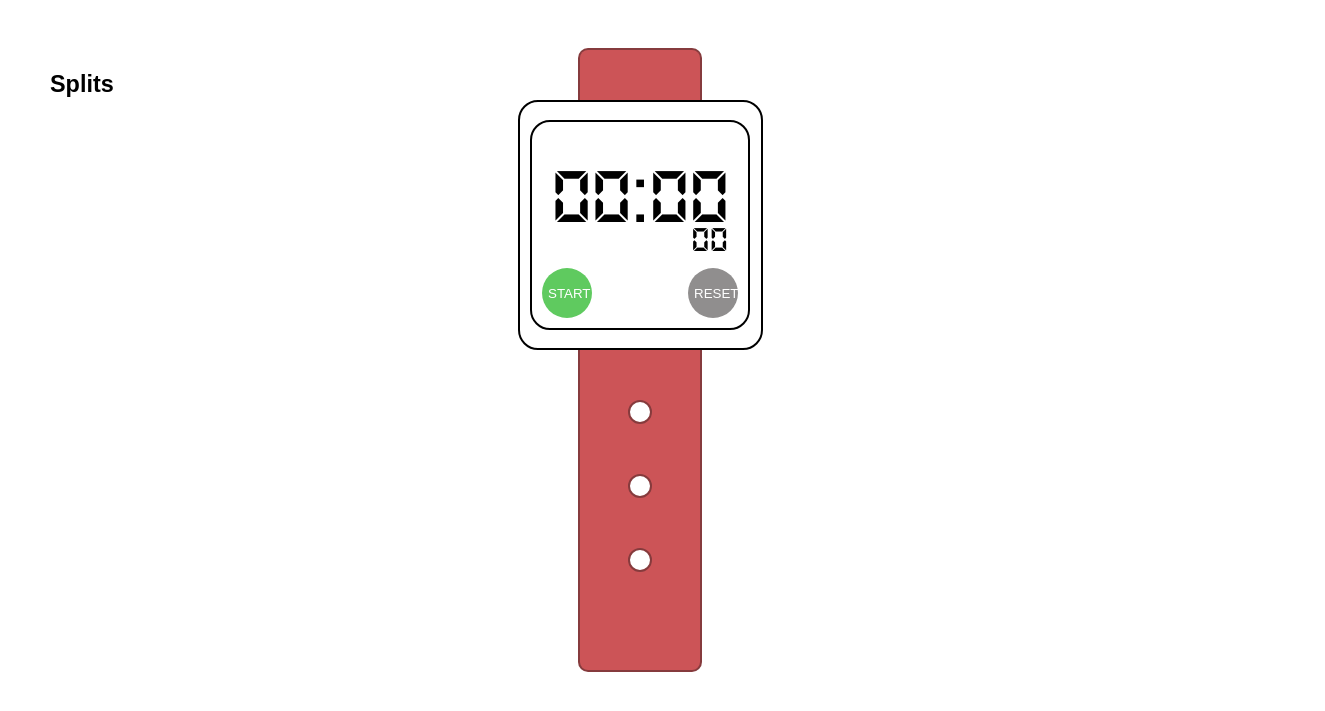
Repository: konstantin0s/lab-chronometer
Page: index.html
These files come from the project's save history. The page is drawn as it stood at one moment and after the next save; the edit follows.
The browser window is 1280 px wide. The page is 1280 px wide, then 1325 px, so the pictures cover 1325 px, including what lies to the right of the window. The pictures show the whole page.
After loading, the first visible `#btnLeft` was clicked once.

Above is the page before, as saved 2019-02-04 20:47:23.

After the next save:
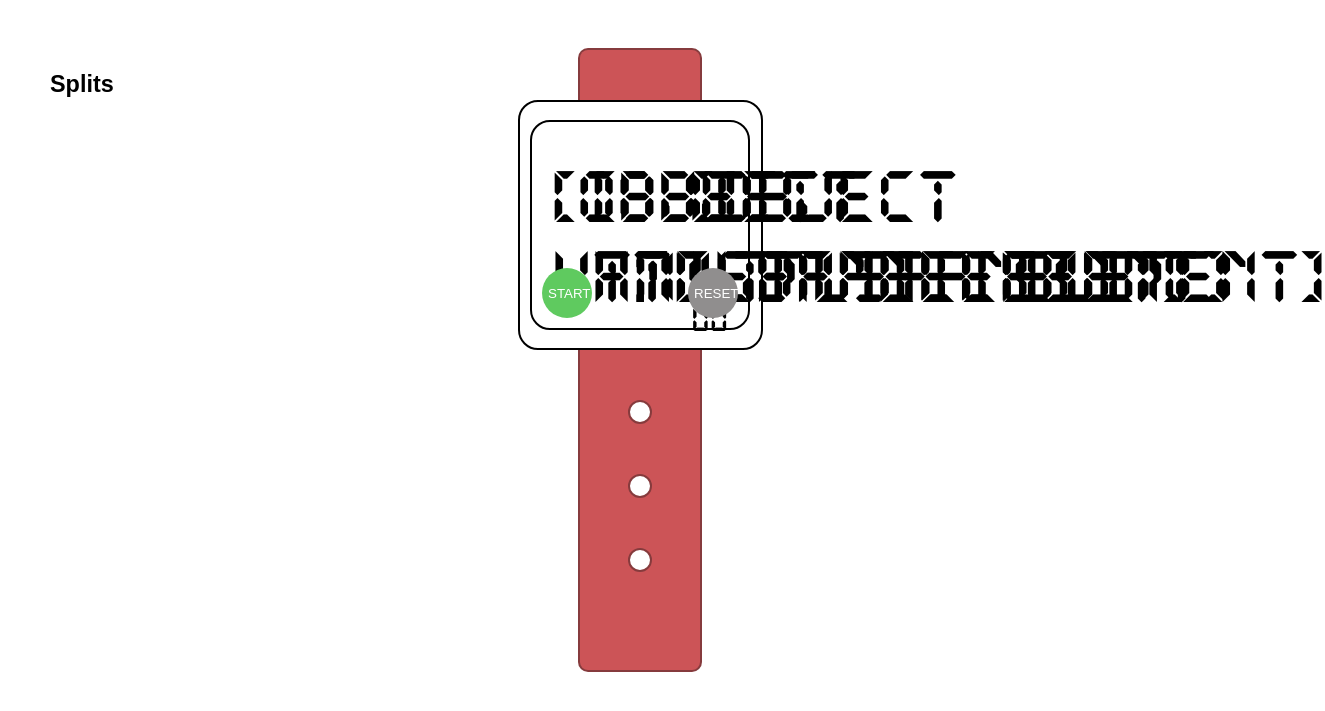
Saved 14 s later.
--- a/javascript/main.js
+++ b/javascript/main.js
@@ -29,7 +29,7 @@ var intervalId = 0;
 
 btnLeft.addEventListener("click", function(event) {
 
-  if (intervalId == -1) {
+  if (intervalId == 0) {
     intervalId =  setTimeout(function() {
       currentTime++;
       //     secDec.innerHTML = currentTime;
